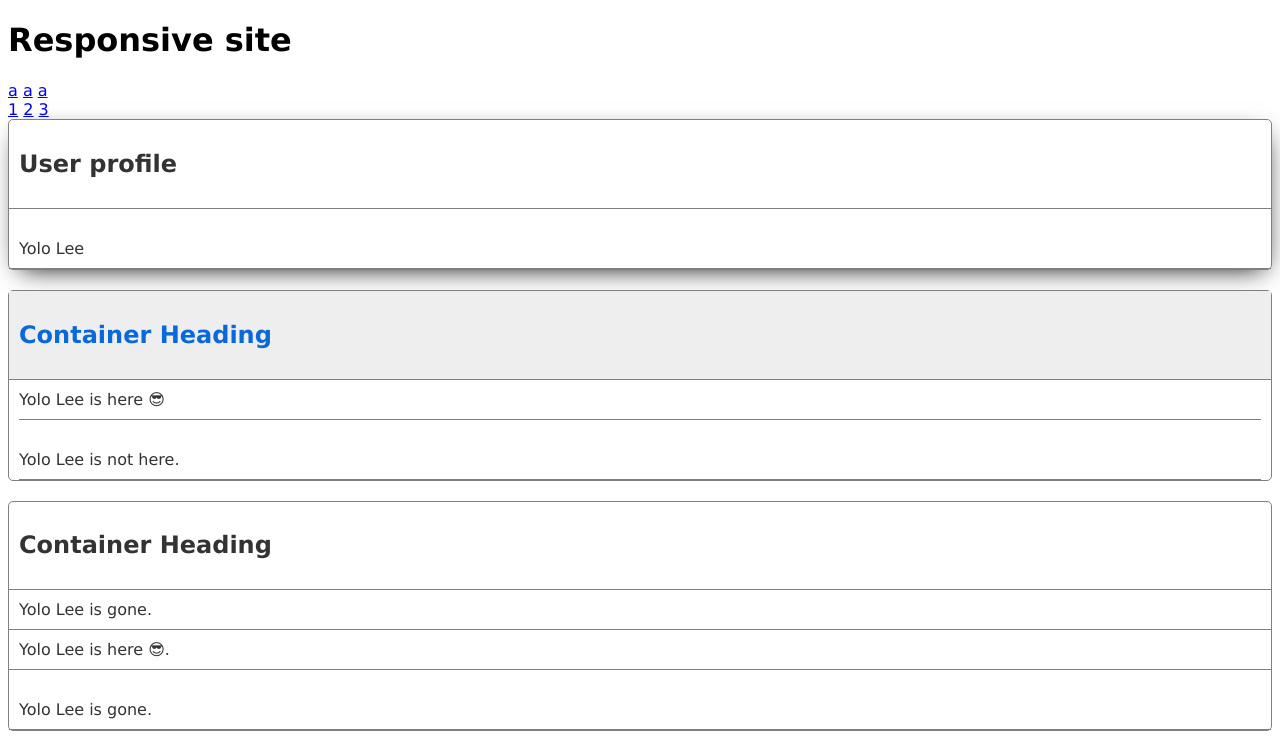
Repository: HyunJunggggg/MDIA2109
Page: inclass/week6/index.html
The author's editor kept a copy of each file at every save. The page is drawn from the files as they stood at one save, then again after a run of saves.
The browser window is 1280 px wide. The pictures show the whole page.

Above is the page before, as saved 2025-02-13 15:31:56.

### inclass/week6/index.html
<!DOCTYPE html>
<html lang="en">
<head>
  <meta charset="UTF-8">
  <meta name="viewport" content="width=device-width, initial-scale=1.0">
  <link rel="stylesheet" href="css/style.css">
  <title>Code with me and responsive site 😉</title>
</head>

<body>
  <header class="page--header">
  <h1 class="page-header--title">Responsive site</h1>
  <a class="page-header--link"href="/">a</a>
  <a class="page-header--link"href="/">a</a>
  <a class="page-header--link"href="/">a</a>
  </header>

  <nav class="sub--nav">
    <header class="page--header">
      <a class="sub-nav__link"href="/">1</a>
      <a class="sub-nav__link"href="/">2</a>
      <a class="sub-nav__link"href="/">3</a>
      </header>
  </nav>

  <section class="container container--emphasize">
    <div class="container__content">
      <h1 class="container__title">User profile</h1>
    </div>
    <div class="container__content">
      Yolo Lee
    </div>
  </section>

  <section class="container">
    <header class="container__header">
      <h1 class="container__title">Container Heading</h1>
    </header>
    <div class="container__content container__content--with-margin">
      Yolo Lee is here 😎
    </div>
    <div class="container__content container__content--with-margin">
      Yolo Lee is not here.
    </div>
  </section>

  <section class="container">
    <div class="container__content">
      <h1 class="container__title">Container Heading</h1>
    </div>
    <div class="container__content">
      Yolo Lee is gone.
    </div>
    <div class="container__content">
      Yolo Lee is here 😎.
    </div>
    <div class="container__content">
      Yolo Lee is gone.
    </div>
  </section>
</body>
</html>

### inclass/week6/css/style.css
html{
  font-family: Verdana, Geneva, Tahoma, sans-serif;
}

.page--header{
  background: ;

}



.container{
  border: 1px solid grey;
  border-radius: 5px;
  color: #333;
  margin-bottom: 20px;

  &.container--emphasize{
    box-shadow: 2px 8px 25px -10px rgb(0,0,0,1);
  }

  &:last-child {
      /* .container + .container
    if container directly next to container
    it will apply. sibling selector
   it can use for .container:last-child */
    margin-top: 20px;
  }
}

.container__header{
  color: #0969da;
  background-color: #eee;
  border-bottom: 1px solid grey;
  padding: 10px;
}

.container__content{
  padding: 10px;
  border-bottom: 1px solid gray;

  &.container__content--with-margin{
    padding: 10px 0;
    margin:  0 10px;
  }

  &:last-child {
  margin-top: 20px;
}
}

After the next 4 saves:
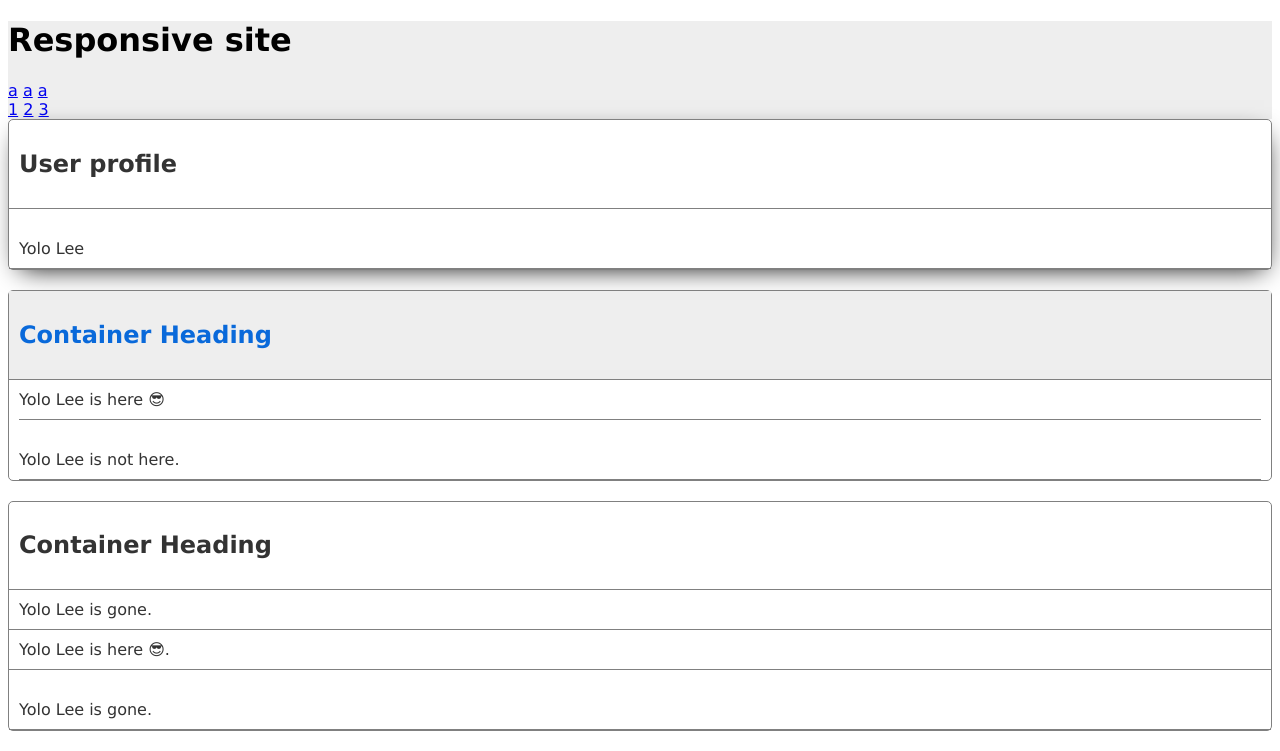
The 4 saves are shown as one change because they came seconds apart.
The last was saved 10 s later.
--- a/inclass/week6/css/style.css
+++ b/inclass/week6/css/style.css
@@ -3,7 +3,8 @@ html{
 }
 
 .page--header{
-  background: ;
+  background: #eee;
+  border-bottom: ;
 
 }
 
